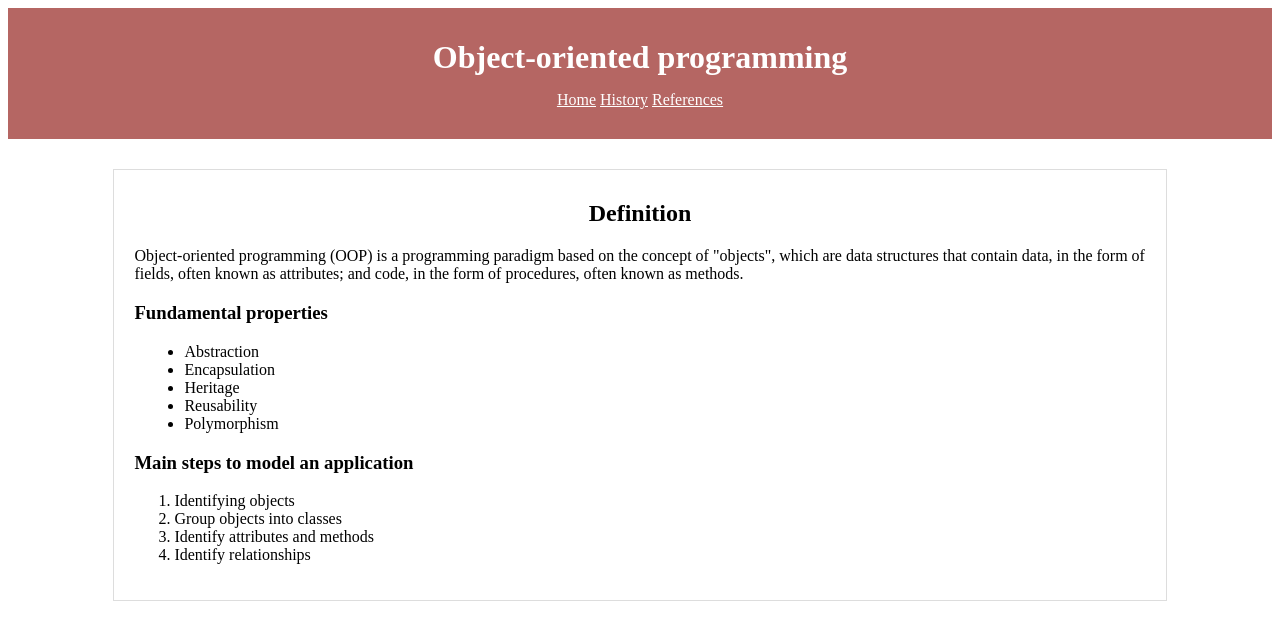
Repository: ReyesEvan/8.-Septimo_semestre
Page: Aplicaciones_en_ambientes_distribuidos/OOP/V3/home.html
An editor plug-in stored every save of this project. The page is shown before and after the next save, followed by the edit.
The browser window is 1280 px wide. The pictures show the whole page.

Above is the page before, as saved 2019-09-30 18:32:18.

### Aplicaciones_en_ambientes_distribuidos/OOP/V3/home.html
<!DOCTYPE html>
<html>
    <head>
        <link type="text/css" rel="stylesheet" href="main.css">
    </head>
    <body>
        <div class='header'>
            <h1>Object-oriented programming</h1>
            <ul class="nav">
                <li><a href="home.html">Home</a></li>
                <li><a href="history.html">History</a></li>
                <li><a href="references.html">References</a></li>
            </ul>
        </div>
        <div class='main-content'>
            <h2>Definition</h2>
            <p>Object-oriented programming (OOP) is a programming paradigm based on the concept of "objects", which are data structures that contain data, in the form of fields, often known as attributes; and code, in the form of procedures, often known as methods.
            </p>
            <h3>Fundamental properties</h3>
            <ul>
                <li>Abstraction</li>
                <li>Encapsulation</li>
                <li>Heritage</li>
                <li>Reusability</li>
                <li>Polymorphism</li>
            </ul>
            <h3>Main steps to model an application</h3>
            <ol>
                <li>Identifying objects</li>
                <li>Group objects into classes</li>
                <li>Identify attributes and methods</li>
                <li>Identify relationships</li>
            </ol>
        </div>
    </body>
</html>

### Aplicaciones_en_ambientes_distribuidos/OOP/V3/main.css
body {
    padding: 0;
}

h1 {
    color: #ffffff;
    margin-bottom: 15px;
    text-align: center;
}

h2 {
    margin: 10px 0 20px 0;
    text-align: center
}

.header {
    padding: 10px;
    background-color: #b56663;
}

.header a {
    color: #ffffff;
}

ul {
    padding: 0 0 0 50px;
}

.nav {
    padding-left: 0;
    margin: 5px 0 20px;
    text-align: center;
}

.nav li {
    display: inline;
}

.main-content {
    width: 80%;
    padding: 20px;
    border: 1px solid #dddddd;
    margin: 30px auto 0 auto;
}

After the next save:
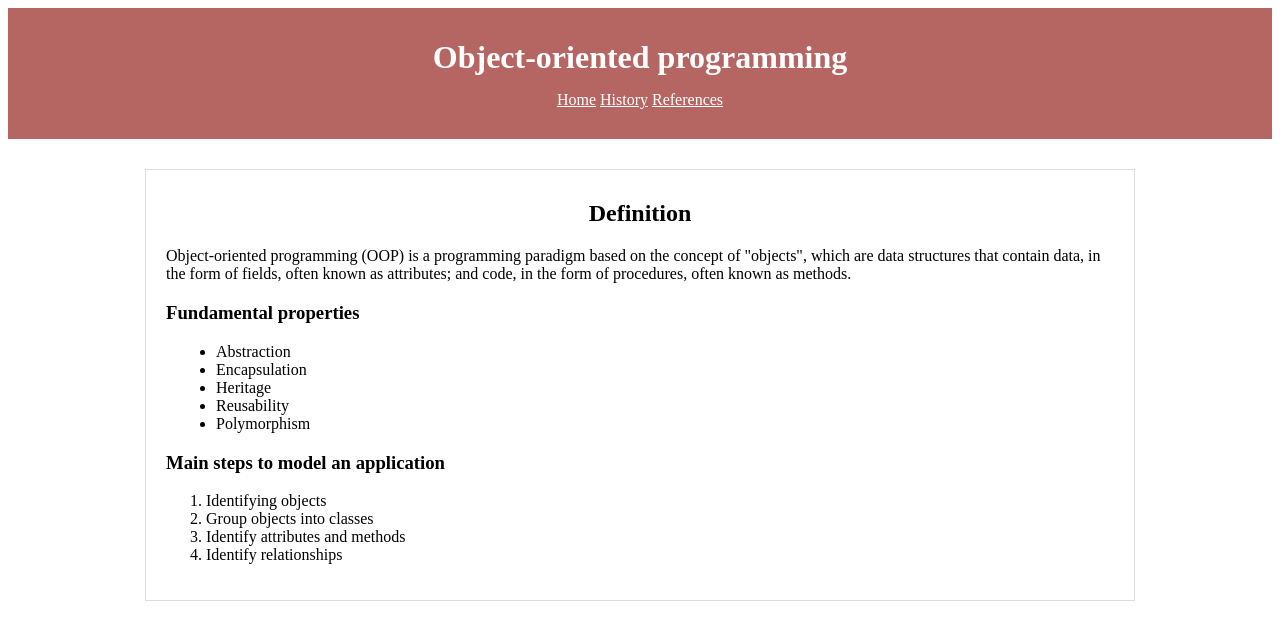
Saved 9 s later.
--- a/Aplicaciones_en_ambientes_distribuidos/OOP/V3/main.css
+++ b/Aplicaciones_en_ambientes_distribuidos/OOP/V3/main.css
@@ -37,7 +37,7 @@ ul {
 }
 
 .main-content {
-    width: 80%;
+    width: 75%;
     padding: 20px;
     border: 1px solid #dddddd;
     margin: 30px auto 0 auto;
